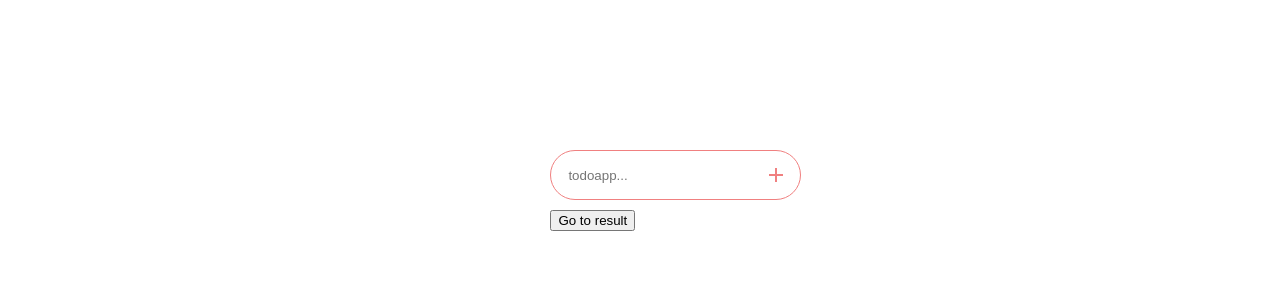
Repository: ehabmelhem/React-Redux--todoapp
Page: / (app in todoapp/)
An editor plug-in stored every save of this project. The page is shown before and after the next save, followed by the edit.
The browser window is 1280 px wide. The pictures show the whole page.
The project was rebuilt for these pictures with package versions that can differ from the ones it lists, and the page was loaded fresh each time. Imported but missing from the stored project, and not drawn on this page: todoapp/src/redux/reducers.

Above is the page before, as saved 2021-01-30 18:20:31.

### todoapp/src/index.js
import React from "react";
import ReactDOM from "react-dom";
import "./index.css";
import App from "./App";
import reportWebVitals from "./reportWebVitals";
import { Provider } from "react-redux";
import store from "./redux/store";
ReactDOM.render(
  <React.StrictMode>
    {/* <Provider store={store}> */}
    <App />
    {/* </Provider> */}
  </React.StrictMode>,
  document.getElementById("root")
);

// If you want to start measuring performance in your app, pass a function
// to log results (for example: reportWebVitals(console.log))
// or send to an analytics endpoint. Learn more: https://bit.ly/CRA-vitals
reportWebVitals();

### todoapp/src/App.js
import "./App.css";
import IconButton from "@material-ui/core/IconButton";
import AddIcon from "@material-ui/icons/Add";
function App() {
  const clickhandler = (e) => {
    e.preventDefault();
  };
  return (
    <div className="app">
      <div className="container">
        <form className="flex">
          <input autoFocus placeholder="todoapp..." type="text" />
          <IconButton onClick={clickhandler} type="submit" className="addbtn">
            <AddIcon />
          </IconButton>
        </form>
        <button className="btn">Go to result</button>
      </div>
    </div>
  );
}

export default App;

### todoapp/src/App.css
.addbtn {
  color: lightcoral !important;
}
.container {
  margin-left: 43vw;
  margin-top: 150px;
}
.flex {
  width: fit-content;
  border: 1px solid lightcoral;
  display: flex;
  align-items: center;
  border-radius: 999px;
}
.flex > input {
  margin-left: 10px;
  padding: 7px;
  border: none;
  outline: none;
}
.btn {
  margin-top: 10px;
  widf
}

Loaded but not shown: todoapp/public/index.html (common file); todoapp/src/index.css (common file); todoapp/src/reportWebVitals.js (common file); todoapp/src/redux/store.js (common file)

After the next save:
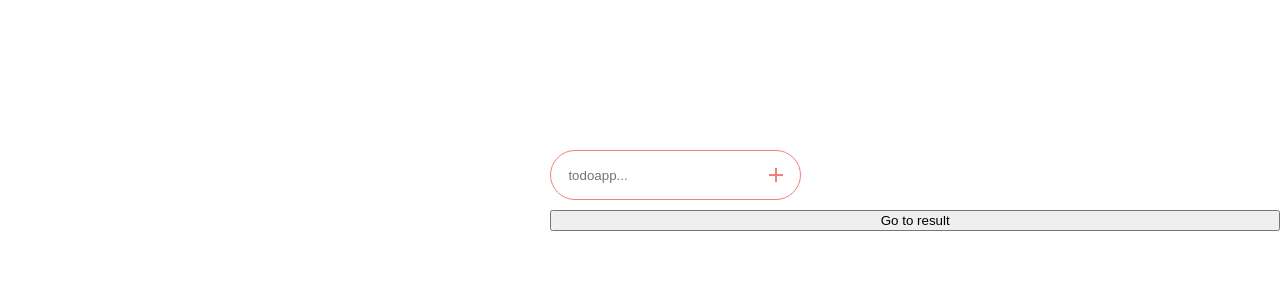
Saved 4 s later.
--- a/todoapp/src/App.css
+++ b/todoapp/src/App.css
@@ -20,5 +20,5 @@
 }
 .btn {
   margin-top: 10px;
-  widf
+  width: 100%;
 }
